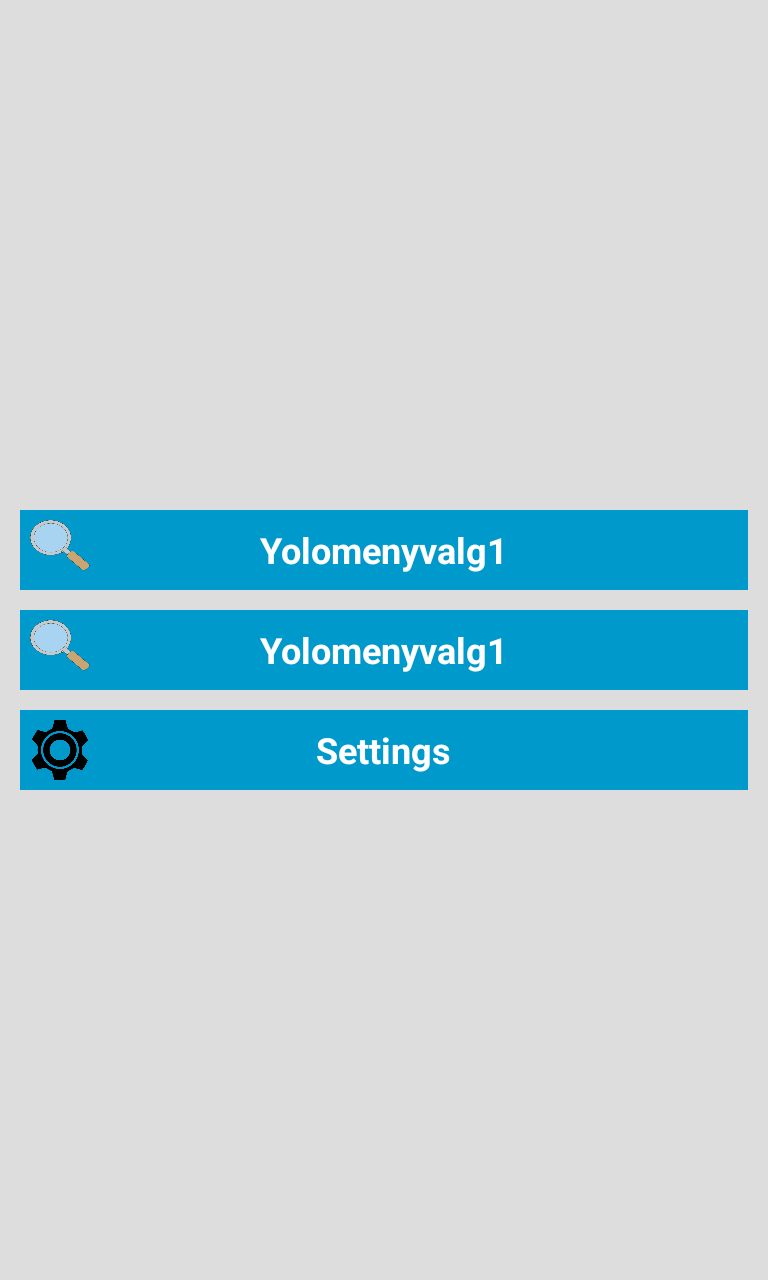
Repository: pumalove/workspace
Layout: MainActivity/res/layout/gridview.xml
An editor plug-in stored every save of this project. The layout is shown before and after the next save, followed by the edit.
It is drawn on a 768 x 1280 px phone screen (xhdpi) without system bars, with theme AppTheme; the app's code is not run. Lists and similar views that code fills are empty.

Above is the layout before, as saved 2014-03-18 13:02:39.

### MainActivity/res/layout/gridview.xml
<?xml version="1.0" encoding="utf-8"?>
<LinearLayout xmlns:android="http://schemas.android.com/apk/res/android"
    android:layout_width="match_parent"
    android:layout_height="wrap_content"
    android:orientation="vertical"
    android:padding="10dp"
    android:background="#DDDDDD"
    >

    <LinearLayout
        android:layout_marginBottom="20dp"
        android:layout_width="fill_parent"
        android:layout_height="wrap_content">

        <GridView
            android:id="@+id/gridview"
            android:layout_width="fill_parent"
            android:layout_height="225dp"
            android:columnWidth="90dp"
            android:numColumns="auto_fit"
            android:verticalSpacing="5dp"
            android:horizontalSpacing="5dp"
            android:stretchMode="columnWidth"
            android:gravity="center"
            />
	</LinearLayout>


    <LinearLayout
        android:id="@+id/linearlayout2"
        android:layout_width="fill_parent"
        android:layout_height="wrap_content"
        android:layout_gravity="center"
        android:orientation="vertical"
        android:layout_below="@id/gridview">

        <LinearLayout
            android:id="@+id/customButton1"
            android:layout_width="fill_parent"
            android:layout_height="wrap_content"
            android:layout_marginBottom="10dp"
            android:orientation="horizontal"
            android:clickable="true"
            android:focusable="true"
            android:background="@drawable/custom_buttons"
            >

            <ImageView
                android:id="@+id/imageView1"
                android:layout_width="40dp"
                android:layout_height="40dp"
                android:scaleType="centerCrop"
                android:src="@drawable/sample_0"
                android:padding="5dp" />

			<LinearLayout
			    android:layout_width="fill_parent"
            	android:layout_height="wrap_content"
            	android:gravity="center"
            	android:layout_gravity="center" >
            	<TextView
                	android:layout_width="wrap_content"
                	android:layout_height="wrap_content"
                	android:layout_gravity="center"
                	android:text="Yolomenyvalg1"
                	android:textColor="#FFFFFF"
                	android:textSize="18dp"
                	android:layout_marginRight="40dp"
                	android:textStyle="bold"/>
			</LinearLayout>
		</LinearLayout>


        <LinearLayout
            android:id="@+id/customButton2"
            android:layout_width="fill_parent"
            android:layout_height="wrap_content"
            android:layout_marginBottom="10dp"
            android:orientation="horizontal"
            android:gravity="center"
            android:clickable="true"
            android:focusable="true"
            android:background="@drawable/custom_buttons"
            >

            <ImageView
                android:id="@+id/imageView2"
                android:layout_width="40dp"
                android:layout_height="40dp"
                android:scaleType="centerCrop"
                android:src="@drawable/sample_0"
                android:padding="5dp" />

           <LinearLayout
			    android:layout_width="fill_parent"
            	android:layout_height="wrap_content"
            	android:gravity="center"
            	android:layout_gravity="center" >
            	<TextView
                	android:layout_width="wrap_content"
                	android:layout_height="wrap_content"
                	android:layout_gravity="center"
                	android:text="Yolomenyvalg1"
                	android:textColor="#FFFFFF"
                	android:textSize="18dp"
                	android:layout_marginRight="40dp"
                	android:textStyle="bold"/>
			</LinearLayout>

        </LinearLayout>

        <LinearLayout
            android:id="@+id/customButton3"
            android:layout_width="fill_parent"
            android:layout_height="wrap_content"
            android:layout_marginBottom="10dp"
            android:orientation="horizontal"
            android:gravity="center"
            android:clickable="true"
            android:focusable="true"
            android:background="@drawable/custom_buttons"
            >

            <ImageView
                android:id="@+id/imageView3"
                android:layout_width="40dp"
                android:layout_height="40dp"
                android:scaleType="centerCrop"
                android:src="@drawable/settings"
                android:padding="5dp" />

            <LinearLayout
			    android:layout_width="fill_parent"
            	android:layout_height="wrap_content"
            	android:gravity="center"
            	android:layout_gravity="center" >
            	<TextView
                	android:layout_width="wrap_content"
                	android:layout_height="wrap_content"
                	android:layout_gravity="center"
                	android:text="@string/action_settings"
                	android:textColor="#FFFFFF"
                	android:textSize="18dp"
                	android:layout_marginRight="40dp"
                	android:textStyle="bold"/>
			</LinearLayout>

        </LinearLayout>
    </LinearLayout>



</LinearLayout>

### MainActivity/res/values/styles.xml
<resources xmlns:android="http://schemas.android.com/apk/res/android">

    <!--
        Base application theme, dependent on API level. This theme is replaced
        by AppBaseTheme from res/values-vXX/styles.xml on newer devices.
    -->
    <style name="AppBaseTheme" parent="android:Theme.Light">
        <!--
            Theme customizations available in newer API levels can go in
            res/values-vXX/styles.xml, while customizations related to
            backward-compatibility can go here.
        -->
    </style>

    <!-- Application theme. -->
    <style name="AppTheme" parent="AppBaseTheme">
        <!-- All customizations that are NOT specific to a particular API-level can go here. -->
    </style>

</resources>

### MainActivity/res/values-v11/styles.xml
<resources>

    <!--
        Base application theme for API 11+. This theme completely replaces
        AppBaseTheme from res/values/styles.xml on API 11+ devices.
    -->
    <style name="AppBaseTheme" parent="android:Theme.Holo.Light">
        <!-- API 11 theme customizations can go here. -->
    </style>

</resources>

### MainActivity/res/drawable/custom_buttons.xml
<?xml version="1.0" encoding="utf-8"?>
<selector xmlns:android="http://schemas.android.com/apk/res/android">

  <item android:state_pressed="true" >
    <shape>
      <solid android:color="#FF0000" />
    </shape>
  </item>

  <item android:state_focused="true" >
    <shape>
      <solid android:color="#DDDDDD" />
    </shape>
  </item>

  <item>
    <shape>
      <solid android:color="@android:color/holo_blue_dark" />
    </shape>
  </item>

</selector>

### MainActivity/res/values/strings.xml
<?xml version="1.0" encoding="utf-8"?>
<resources>

    <string name="app_name">intelligenceTest</string>
    <string name="action_settings">Settings</string>
    <string name="title_section1">Section 1</string>
    <string name="title_section2">Section 2</string>
    <string name="title_section3">Section 3</string>
    <string name="scan_only_qr_codes">Scan Only QR Codes</string>
    <string name="scan">Scan</string>

</resources>

After the next save:
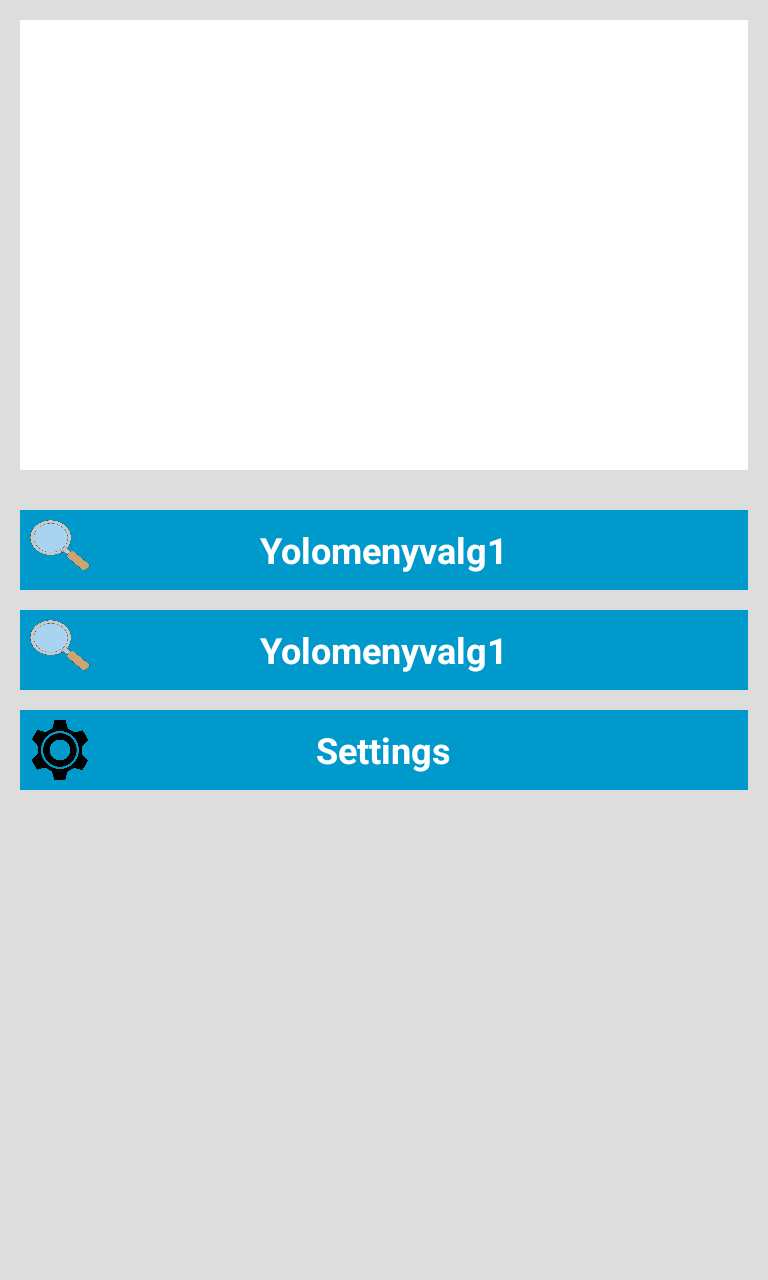
Saved 44 s later.
--- a/MainActivity/res/layout/gridview.xml
+++ b/MainActivity/res/layout/gridview.xml
@@ -22,6 +22,7 @@
             android:horizontalSpacing="5dp"
             android:stretchMode="columnWidth"
             android:gravity="center"
+            android:background="#FFFFFF"
             />
 	</LinearLayout>
 

After the save that followed:
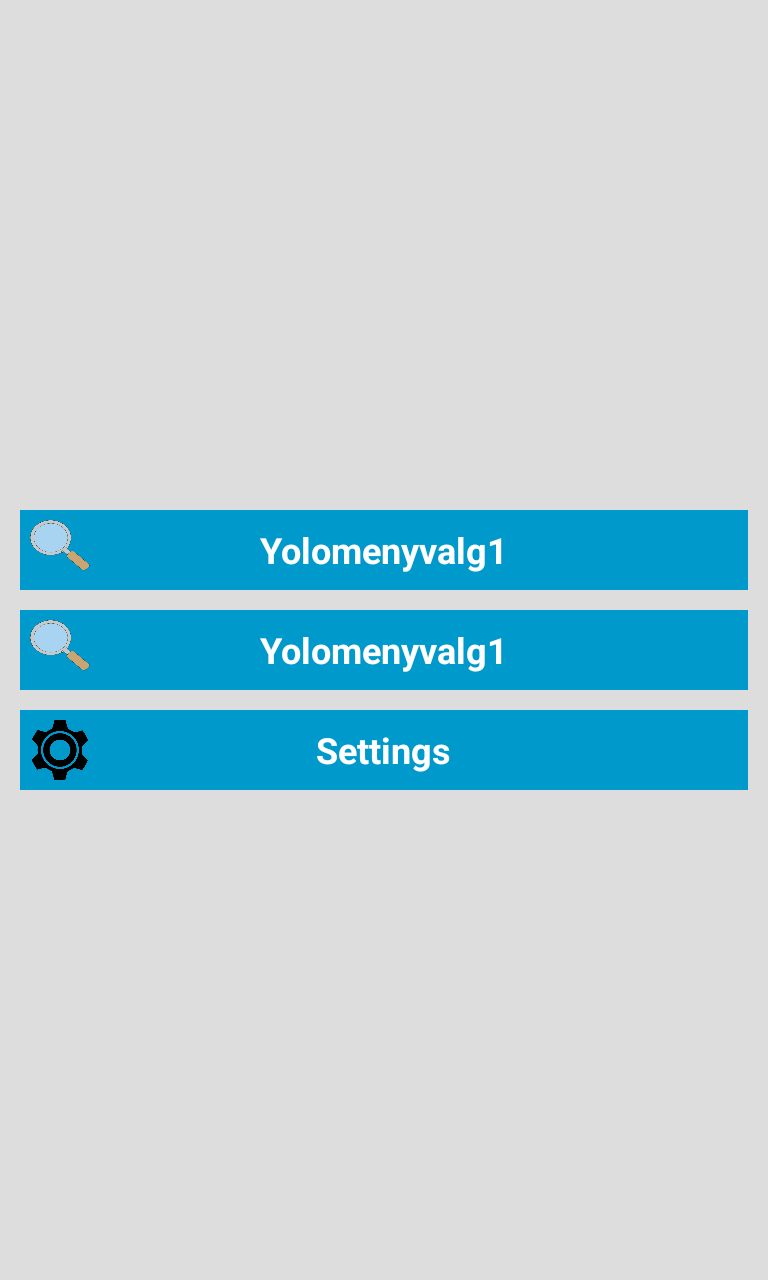
Saved 4 min 11 s later.
--- a/MainActivity/res/layout/gridview.xml
+++ b/MainActivity/res/layout/gridview.xml
@@ -22,7 +22,6 @@
             android:horizontalSpacing="5dp"
             android:stretchMode="columnWidth"
             android:gravity="center"
-            android:background="#FFFFFF"
             />
 	</LinearLayout>
 
